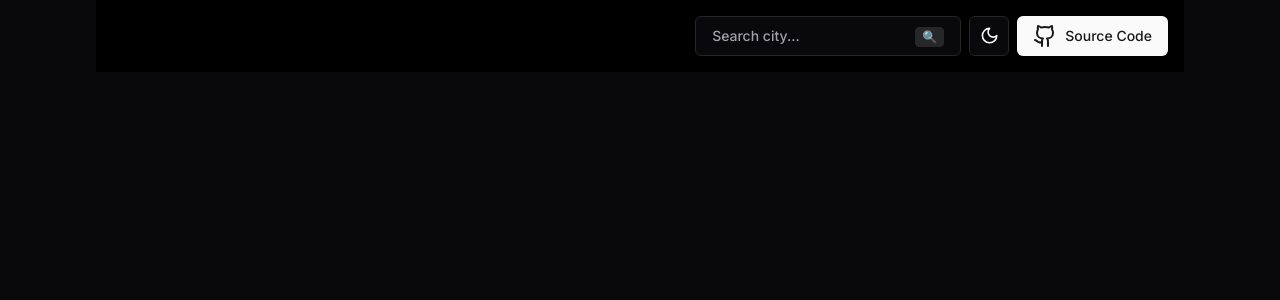
Repository: Young-Dev001/weather-app
Page: /
An editor plug-in stored every save of this project. The page is shown before and after the next save, followed by the edit.
The browser window is 1280 px wide. The pictures show the whole page.
The project was rebuilt for these pictures with package versions that can differ from the ones it lists, and the page was loaded fresh each time. The framework's server and built-in components were replaced by stand-ins that run in the browser. Also part of the build but not shown: next.config.mjs, components/ui/dialog.tsx.

Above is the page before, as saved 2024-06-09 12:25:27.

### app/layout.tsx
import type { Metadata } from "next";
import "./globals.css";
import { Inter as FontSans } from "next/font/google";
import { ThemeProvider } from "@/providers/theme-provider";

// Assign the font loader to a constant
const inter = FontSans({
  subsets: ["latin"],
  variable: "--font-sans",
});

export const metadata: Metadata = {
  title: "Weather App",
  description: "Generated by create next app",
};

export default function RootLayout({
  children,
}: Readonly<{
  children: React.ReactNode;
}>) {
  return (
    <html lang="en">
      <body className={inter.className}>
        <ThemeProvider
          attribute="class"
          defaultTheme="dark"
          enableSystem
          disableTransitionOnChange
        >
          {children}
        </ThemeProvider>
      </body>
    </html>
  );
}

### app/page.tsx
import Navbar from "@/components/Navbar";
import Image from "next/image";

export default function Home() {
  return (
    <main className="mx-[0rem] lg:mx-[2rem] xl:mx-[6rem] 2xl:mx-[16rem] m-auto">
        <Navbar />
    </main>
  );
}

### app/globals.css
@tailwind base;
  @tailwind components;
  @tailwind utilities;


  @layer base {
    :root {
      --background: 0 0% 100%;
      --foreground: 240 10% 3.9%;
      --card: 0 0% 100%;
      --card-foreground: 240 10% 3.9%;
      --popover: 0 0% 100%;
      --popover-foreground: 240 10% 3.9%;
      --primary: 240 5.9% 10%;
      --primary-foreground: 0 0% 98%;
      --secondary: 240 4.8% 95.9%;
      --secondary-foreground: 240 5.9% 10%;
      --muted: 240 4.8% 95.9%;
      --muted-foreground: 240 3.8% 46.1%;
      --accent: 240 4.8% 95.9%;
      --accent-foreground: 240 5.9% 10%;
      --destructive: 0 84.2% 60.2%;
      --destructive-foreground: 0 0% 98%;
      --border: 240 5.9% 90%;
      --input: 240 5.9% 90%;
      --ring: 240 5.9% 10%;
      --radius: 0.5rem;
    }

    .dark {
      --background: 240 10% 3.9%;
      --foreground: 0 0% 98%;
      --card: 240 10% 3.9%;
      --card-foreground: 0 0% 98%;
      --popover: 240 10% 3.9%;
      --popover-foreground: 0 0% 98%;
      --primary: 0 0% 98%;
      --primary-foreground: 240 5.9% 10%;
      --secondary: 240 3.7% 15.9%;
      --secondary-foreground: 0 0% 98%;
      --muted: 240 3.7% 15.9%;
      --muted-foreground: 240 5% 64.9%;
      --accent: 240 3.7% 15.9%;
      --accent-foreground: 0 0% 98%;
      --destructive: 0 62.8% 30.6%;
      --destructive-foreground: 0 0% 98%;
      --border: 240 3.7% 15.9%;
      --input: 240 3.7% 15.9%;
      --ring: 240 4.9% 83.9%;
    }
  }


  @layer base {
    * {
      @apply border-border;
    }
    body {
      @apply bg-background text-foreground;
    }
  }

### components/Navbar.tsx
"use client";

import React from 'react';
import { useRouter } from 'next/navigation';
import { github } from '@/app/utils/icons';
import { Button } from './ui/button';
import ThemeDropDown from './ThemeDropDown';
import SearchDialog from './SearchDialog';

function Navbar() {
  const router = useRouter();

  return (
    <div className="bg-white border-gray-200 dark:bg-black flex items-center justify-between p-4">
      <div className="left">
        {/* Add your left side content here if needed */}
      </div>
      <div className="search-container flex gap-2 ml-auto items-center">
        <SearchDialog />
        <div className="btn-group flex items-center gap-2">
        <ThemeDropDown />
        <Button
          type="button"
          className="source-code flex items-center gap-2"
          onClick={() => router.push("/github")}
        >
          {github} Source Code
        </Button>
        </div>
      </div>
    </div>
  );
}

export default Navbar;

### app/utils/icons.tsx
import { Github, Sun } from "lucide-react";





export const github = <Github />;
export const sun = <Sun />

### components/ui/button.tsx
import * as React from "react"
import { Slot } from "@radix-ui/react-slot"
import { cva, type VariantProps } from "class-variance-authority"

import { cn } from "@/lib/utils"

const buttonVariants = cva(
  "inline-flex items-center justify-center whitespace-nowrap rounded-md text-sm font-medium ring-offset-background transition-colors focus-visible:outline-none focus-visible:ring-2 focus-visible:ring-ring focus-visible:ring-offset-2 disabled:pointer-events-none disabled:opacity-50",
  {
    variants: {
      variant: {
        default: "bg-primary text-primary-foreground hover:bg-primary/90",
        destructive:
          "bg-destructive text-destructive-foreground hover:bg-destructive/90",
        outline:
          "border border-input bg-background hover:bg-accent hover:text-accent-foreground",
        secondary:
          "bg-secondary text-secondary-foreground hover:bg-secondary/80",
        ghost: "hover:bg-accent hover:text-accent-foreground",
        link: "text-primary underline-offset-4 hover:underline",
      },
      size: {
        default: "h-10 px-4 py-2",
        sm: "h-9 rounded-md px-3",
        lg: "h-11 rounded-md px-8",
        icon: "h-10 w-10",
      },
    },
    defaultVariants: {
      variant: "default",
      size: "default",
    },
  }
)

export interface ButtonProps
  extends React.ButtonHTMLAttributes<HTMLButtonElement>,
    VariantProps<typeof buttonVariants> {
  asChild?: boolean
}

const Button = React.forwardRef<HTMLButtonElement, ButtonProps>(
  ({ className, variant, size, asChild = false, ...props }, ref) => {
    const Comp = asChild ? Slot : "button"
    return (
      <Comp
        className={cn(buttonVariants({ variant, size, className }))}
        ref={ref}
        {...props}
      />
    )
  }
)
Button.displayName = "Button"

export { Button, buttonVariants }

### components/ThemeDropDown.tsx
"use client"

import * as React from "react"
import { Moon, Sun } from "lucide-react"
import { useTheme } from "next-themes"

import { Button } from "@/components/ui/button"
import {
  DropdownMenu,
  DropdownMenuContent,
  DropdownMenuItem,
  DropdownMenuTrigger,
} from "@/components/ui/dropdown-menu"


function ThemeDropDown() {
    const { setTheme } = useTheme()
  return (
    <DropdownMenu>
      <DropdownMenuTrigger asChild>
        <Button variant="outline" size="icon">
          <Sun className="h-[1.2rem] w-[1.2rem] rotate-0 scale-100 transition-all dark:-rotate-90 dark:scale-0" />
          <Moon className="absolute h-[1.2rem] w-[1.2rem] rotate-90 scale-0 transition-all dark:rotate-0 dark:scale-100" />
          <span className="sr-only">Toggle theme</span>
        </Button>
      </DropdownMenuTrigger>
      <DropdownMenuContent align="end">
        <DropdownMenuItem onClick={() => setTheme("light")}>
          Light
        </DropdownMenuItem>
        <DropdownMenuItem onClick={() => setTheme("dark")}>
          Dark
        </DropdownMenuItem>
        <DropdownMenuItem onClick={() => setTheme("system")}>
          System
        </DropdownMenuItem>
      </DropdownMenuContent>
    </DropdownMenu>
  )
}

export default ThemeDropDown

### components/SearchDialog.tsx
import {
    Dialog,
    DialogContent,
    DialogDescription,
    DialogHeader,
    DialogTitle,
    DialogTrigger,
  } from "@/components/ui/dialog"

  import {
    Command,
    CommandDialog,
    CommandEmpty,
    CommandGroup,
    CommandInput,
    CommandItem,
    CommandList,
    CommandSeparator,
    CommandShortcut,
  } from "@/components/ui/command"
import { Button } from "./ui/button"




function SearchDialog() {
  return (
<Dialog>
  <DialogTrigger asChild>
    <Button variant="outline"
    className="border inline-flex items-center justify-center text-sm font-medium hover:dark:bg-[#000000] hover:light:bg-[#c61b1b]">
        <p className="text-sm text-muted-foreground">
          Search city...{" "}
          <kbd className="pointer-events-none ml-auto inline-flex h-5 select-none items-center gap-1 rounded border bg-muted px-1.5 font-mono text-[10px] font-medium text-muted-foreground opacity-100 hover:bg-primary md:ml-28">
            <span className="text-xs">🔍</span>
          </kbd>
        </p>
    </Button>
  </DialogTrigger>

</Dialog>

  )
}

export default SearchDialog

### components/ui/dropdown-menu.tsx
"use client"

import * as React from "react"
import * as DropdownMenuPrimitive from "@radix-ui/react-dropdown-menu"
import { Check, ChevronRight, Circle } from "lucide-react"

import { cn } from "@/lib/utils"

const DropdownMenu = DropdownMenuPrimitive.Root

const DropdownMenuTrigger = DropdownMenuPrimitive.Trigger

const DropdownMenuGroup = DropdownMenuPrimitive.Group

const DropdownMenuPortal = DropdownMenuPrimitive.Portal

const DropdownMenuSub = DropdownMenuPrimitive.Sub

const DropdownMenuRadioGroup = DropdownMenuPrimitive.RadioGroup

const DropdownMenuSubTrigger = React.forwardRef<
  React.ElementRef<typeof DropdownMenuPrimitive.SubTrigger>,
  React.ComponentPropsWithoutRef<typeof DropdownMenuPrimitive.SubTrigger> & {
    inset?: boolean
  }
>(({ className, inset, children, ...props }, ref) => (
  <DropdownMenuPrimitive.SubTrigger
    ref={ref}
    className={cn(
      "flex cursor-default select-none items-center rounded-sm px-2 py-1.5 text-sm outline-none focus:bg-accent data-[state=open]:bg-accent",
      inset && "pl-8",
      className
    )}
    {...props}
  >
    {children}
    <ChevronRight className="ml-auto h-4 w-4" />
  </DropdownMenuPrimitive.SubTrigger>
))
DropdownMenuSubTrigger.displayName =
  DropdownMenuPrimitive.SubTrigger.displayName

const DropdownMenuSubContent = React.forwardRef<
  React.ElementRef<typeof DropdownMenuPrimitive.SubContent>,
  React.ComponentPropsWithoutRef<typeof DropdownMenuPrimitive.SubContent>
>(({ className, ...props }, ref) => (
  <DropdownMenuPrimitive.SubContent
    ref={ref}
    className={cn(
      "z-50 min-w-[8rem] overflow-hidden rounded-md border bg-popover p-1 text-popover-foreground shadow-lg data-[state=open]:animate-in data-[state=closed]:animate-out data-[state=closed]:fade-out-0 data-[state=open]:fade-in-0 data-[state=closed]:zoom-out-95 data-[state=open]:zoom-in-95 data-[side=bottom]:slide-in-from-top-2 data-[side=left]:slide-in-from-right-2 data-[side=right]:slide-in-from-left-2 data-[side=top]:slide-in-from-bottom-2",
      className
    )}
    {...props}
  />
))
DropdownMenuSubContent.displayName =
  DropdownMenuPrimitive.SubContent.displayName

const DropdownMenuContent = React.forwardRef<
  React.ElementRef<typeof DropdownMenuPrimitive.Content>,
  React.ComponentPropsWithoutRef<typeof DropdownMenuPrimitive.Content>
>(({ className, sideOffset = 4, ...props }, ref) => (
  <DropdownMenuPrimitive.Portal>
    <DropdownMenuPrimitive.Content
      ref={ref}
      sideOffset={sideOffset}
      className={cn(
        "z-50 min-w-[8rem] overflow-hidden rounded-md border bg-popover p-1 text-popover-foreground shadow-md data-[state=open]:animate-in data-[state=closed]:animate-out data-[state=closed]:fade-out-0 data-[state=open]:fade-in-0 data-[state=closed]:zoom-out-95 data-[state=open]:zoom-in-95 data-[side=bottom]:slide-in-from-top-2 data-[side=left]:slide-in-from-right-2 data-[side=right]:slide-in-from-left-2 data-[side=top]:slide-in-from-bottom-2",
        className
      )}
      {...props}
    />
  </DropdownMenuPrimitive.Portal>
))
DropdownMenuContent.displayName = DropdownMenuPrimitive.Content.displayName

const DropdownMenuItem = React.forwardRef<
  React.ElementRef<typeof DropdownMenuPrimitive.Item>,
  React.ComponentPropsWithoutRef<typeof DropdownMenuPrimitive.Item> & {
    inset?: boolean
  }
>(({ className, inset, ...props }, ref) => (
  <DropdownMenuPrimitive.Item
    ref={ref}
    className={cn(
      "relative flex cursor-default select-none items-center rounded-sm px-2 py-1.5 text-sm outline-none transition-colors focus:bg-accent focus:text-accent-foreground data-[disabled]:pointer-events-none data-[disabled]:opacity-50",
      inset && "pl-8",
      className
    )}
    {...props}
  />
))
DropdownMenuItem.displayName = DropdownMenuPrimitive.Item.displayName

const DropdownMenuCheckboxItem = React.forwardRef<
  React.ElementRef<typeof DropdownMenuPrimitive.CheckboxItem>,
  React.ComponentPropsWithoutRef<typeof DropdownMenuPrimitive.CheckboxItem>
>(({ className, children, checked, ...props }, ref) => (
  <DropdownMenuPrimitive.CheckboxItem
    ref={ref}
    className={cn(
      "relative flex cursor-default select-none items-center rounded-sm py-1.5 pl-8 pr-2 text-sm outline-none transition-colors focus:bg-accent focus:text-accent-foreground data-[disabled]:pointer-events-none data-[disabled]:opacity-50",
      className
    )}
    checked={checked}
    {...props}
  >
    <span className="absolute left-2 flex h-3.5 w-3.5 items-center justify-center">
      <DropdownMenuPrimitive.ItemIndicator>
        <Check className="h-4 w-4" />
      </DropdownMenuPrimitive.ItemIndicator>
    </span>
    {children}
  </DropdownMenuPrimitive.CheckboxItem>
))
DropdownMenuCheckboxItem.displayName =
  DropdownMenuPrimitive.CheckboxItem.displayName

const DropdownMenuRadioItem = React.forwardRef<
  React.ElementRef<typeof DropdownMenuPrimitive.RadioItem>,
  React.ComponentPropsWithoutRef<typeof DropdownMenuPrimitive.RadioItem>
>(({ className, children, ...props }, ref) => (
  <DropdownMenuPrimitive.RadioItem
    ref={ref}
    className={cn(
      "relative flex cursor-default select-none items-center rounded-sm py-1.5 pl-8 pr-2 text-sm outline-none transition-colors focus:bg-accent focus:text-accent-foreground data-[disabled]:pointer-events-none data-[disabled]:opacity-50",
      className
    )}
    {...props}
  >
    <span className="absolute left-2 flex h-3.5 w-3.5 items-center justify-center">
      <DropdownMenuPrimitive.ItemIndicator>
        <Circle className="h-2 w-2 fill-current" />
      </DropdownMenuPrimitive.ItemIndicator>
    </span>
    {children}
  </DropdownMenuPrimitive.RadioItem>
))
DropdownMenuRadioItem.displayName = DropdownMenuPrimitive.RadioItem.displayName

const DropdownMenuLabel = React.forwardRef<
  React.ElementRef<typeof DropdownMenuPrimitive.Label>,
  React.ComponentPropsWithoutRef<typeof DropdownMenuPrimitive.Label> & {
    inset?: boolean
  }
>(({ className, inset, ...props }, ref) => (
  <DropdownMenuPrimitive.Label
    ref={ref}
    className={cn(
      "px-2 py-1.5 text-sm font-semibold",
      inset && "pl-8",
      className
    )}
    {...props}
  />
))
DropdownMenuLabel.displayName = DropdownMenuPrimitive.Label.displayName

const DropdownMenuSeparator = React.forwardRef<
  React.ElementRef<typeof DropdownMenuPrimitive.Separator>,
  React.ComponentPropsWithoutRef<typeof DropdownMenuPrimitive.Separator>
>(({ className, ...props }, ref) => (
  <DropdownMenuPrimitive.Separator
    ref={ref}
    className={cn("-mx-1 my-1 h-px bg-muted", className)}
    {...props}
  />
))
DropdownMenuSeparator.displayName = DropdownMenuPrimitive.Separator.displayName

const DropdownMenuShortcut = ({
  className,
  ...props
}: React.HTMLAttributes<HTMLSpanElement>) => {
  return (
    <span
      className={cn("ml-auto text-xs tracking-widest opacity-60", className)}
      {...props}
    />
  )
}
DropdownMenuShortcut.displayName = "DropdownMenuShortcut"

export {
  DropdownMenu,
  DropdownMenuTrigger,
  DropdownMenuContent,
  DropdownMenuItem,
  DropdownMenuCheckboxItem,
  DropdownMenuRadioItem,
  DropdownMenuLabel,
  DropdownMenuSeparator,
  DropdownMenuShortcut,
  DropdownMenuGroup,
  DropdownMenuPortal,
  DropdownMenuSub,
  DropdownMenuSubContent,
  DropdownMenuSubTrigger,
  DropdownMenuRadioGroup,
}

### tailwind.config.ts
/**
 * @type {import('@types/tailwindcss/tailwind-config').TailwindConfig}
 */

import type { Config } from "tailwindcss"
const { fontFamily } = require("tailwindcss/defaultTheme")

const config = {
  darkMode: ["class"],
  content: [
    './pages/**/*.{ts,tsx}',
    './components/**/*.{ts,tsx}',
    './app/**/*.{ts,tsx}',
    './src/**/*.{ts,tsx}',
    "./public/**/*.html",
	],
  prefix: "",
  plugins: [
    require("flowbite/plugin")
  ],
  theme: {
    container: {
      center: true,
      padding: "2rem",
      screens: {
        "2xl": "1400px",
      },
    },
    extend: {
      fontFamily: {
        sans: ["var(--font-sans)", ...fontFamily.sans],
      },
      colors: {
        border: "hsl(var(--border))",
        input: "hsl(var(--input))",
        ring: "hsl(var(--ring))",
        background: "hsl(var(--background))",
        foreground: "hsl(var(--foreground))",
        primary: {
          DEFAULT: "hsl(var(--primary))",
          foreground: "hsl(var(--primary-foreground))",
        },
        secondary: {
          DEFAULT: "hsl(var(--secondary))",
          foreground: "hsl(var(--secondary-foreground))",
        },
        destructive: {
          DEFAULT: "hsl(var(--destructive))",
          foreground: "hsl(var(--destructive-foreground))",
        },
        muted: {
          DEFAULT: "hsl(var(--muted))",
          foreground: "hsl(var(--muted-foreground))",
        },
        accent: {
          DEFAULT: "hsl(var(--accent))",
          foreground: "hsl(var(--accent-foreground))",
        },
        popover: {
          DEFAULT: "hsl(var(--popover))",
          foreground: "hsl(var(--popover-foreground))",
        },
        card: {
          DEFAULT: "hsl(var(--card))",
          foreground: "hsl(var(--card-foreground))",
        },
      },
      borderRadius: {
        lg: "var(--radius)",
        md: "calc(var(--radius) - 2px)",
        sm: "calc(var(--radius) - 4px)",
      },
      keyframes: {
        "accordion-down": {
          from: { height: "0" },
          to: { height: "var(--radix-accordion-content-height)" },
        },
        "accordion-up": {
          from: { height: "var(--radix-accordion-content-height)" },
          to: { height: "0" },
        },
      },
      animation: {
        "accordion-down": "accordion-down 0.2s ease-out",
        "accordion-up": "accordion-up 0.2s ease-out",
      },
    },
  },
  plugins: [require("tailwindcss-animate")],
} satisfies Config

export default config

Loaded but not shown: providers/theme-provider.tsx (common file); lib/utils.ts (common file)

After the next save:
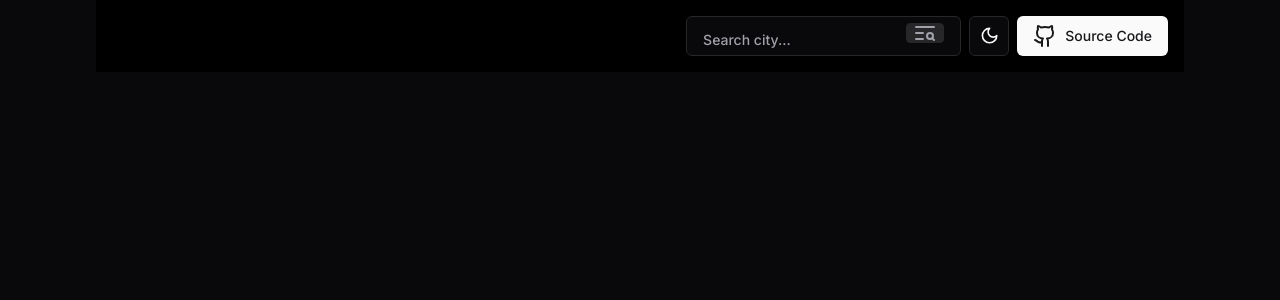
Saved 88 s later.
--- a/components/SearchDialog.tsx
+++ b/components/SearchDialog.tsx
@@ -19,6 +19,7 @@ import {
     CommandShortcut,
   } from "@/components/ui/command"
 import { Button } from "./ui/button"
+import { TextSearch } from "lucide-react"
 
 
 
@@ -32,7 +33,7 @@ function SearchDialog() {
         <p className="text-sm text-muted-foreground">
           Search city...{" "}
           <kbd className="pointer-events-none ml-auto inline-flex h-5 select-none items-center gap-1 rounded border bg-muted px-1.5 font-mono text-[10px] font-medium text-muted-foreground opacity-100 hover:bg-primary md:ml-28">
-            <span className="text-xs">🔍</span>
+            <span className="text-xs"><TextSearch /></span>
           </kbd>
         </p>
     </Button>
